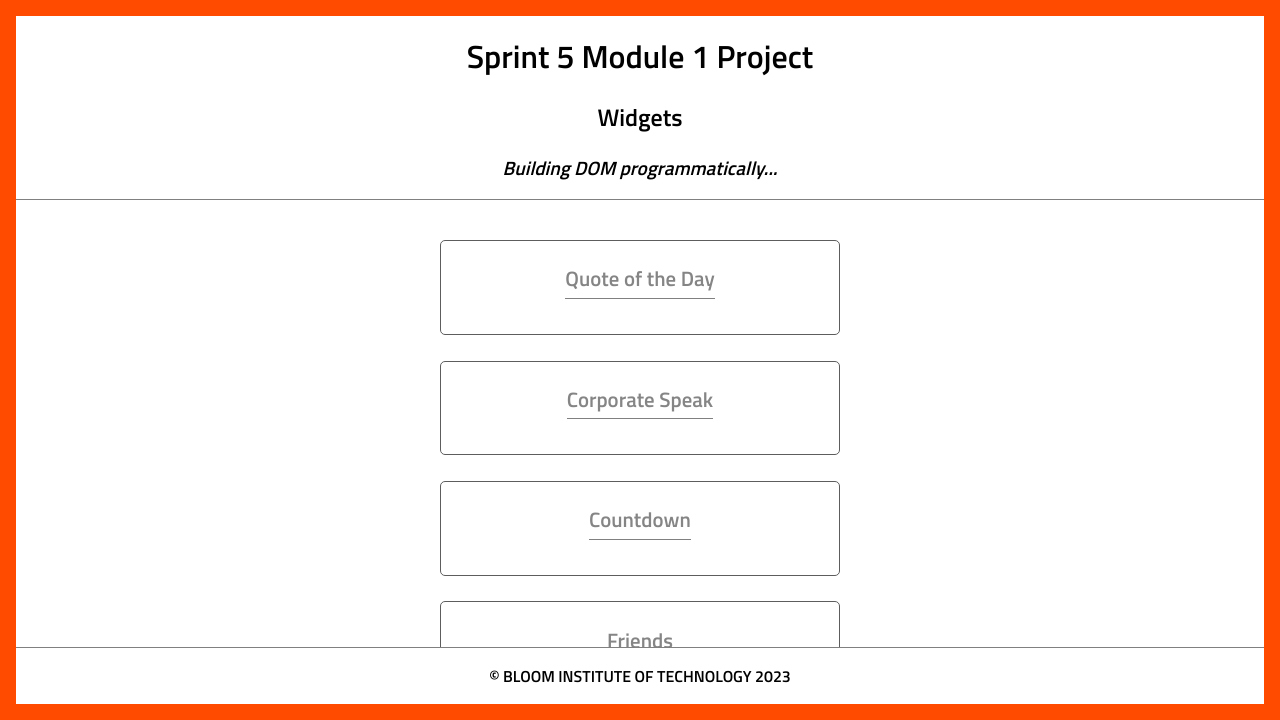
Repository: bloominstituteoftechnology/module-project-the-dom-yoshimario
Page: frontend/index.html
These files come from the project's save history. The page is drawn as it stood at one moment and after a run of saves; the edit follows.
The browser window is 1280 px wide. The pictures show the whole page.
An inner scrolling area shows only its first screen.

Above is the page before, as saved 2023-10-14 11:58:48.

### frontend/index.html
<!--
❗ DO NOT CHANGE THIS FILE
❗ DO NOT CHANGE THIS FILE
❗ DO NOT CHANGE THIS FILE
-->
<!DOCTYPE html>
<html lang="en">

<head>
  <meta charset="UTF-8">
  <title>Sprint 5 Module 1 Project</title>
  <link rel="stylesheet" href="reset.css">
  <link rel="stylesheet" href="styles.css">
  <script defer src="data.js"></script>
  <script defer src="index.js"></script>
</head>

<body>
  <header>
    <h1>Sprint 5 Module 1 Project</h1>
    <h2>Widgets</h2>
    <p class="info">Building DOM programmatically...</p>
  </header>
  <section>
    <div class="quoteoftheday">
      <h3>Quote of the Day</h3>
    </div>
    <div class="corporatespeak">
      <h3>Corporate Speak</h3>
    </div>
    <div class="countdown">
      <h3>Countdown</h3>
    </div>
    <div class="friends">
      <h3>Friends</h3>
    </div>
  </section>
  <footer></footer>
</body>

</html>

### frontend/reset.css
/* ❗ DO NOT CHANGE THIS FILE */
/* ❗ DO NOT CHANGE THIS FILE */
/* ❗ DO NOT CHANGE THIS FILE */

/* RESET BY https://www.joshwcomeau.com/css/custom-css-reset */
*,
*::before,
*::after {
  box-sizing: border-box;
}

* {
  margin: 0;
}

html,
body {
  height: 100%;
}

body {
  line-height: 1.5;
  -webkit-font-smoothing: antialiased;
}

img,
picture,
video,
canvas,
svg {
  display: block;
  max-width: 100%;
}

input,
button,
textarea,
select {
  font: inherit;
}

p,
h1,
h2,
h3,
h4,
h5,
h6 {
  overflow-wrap: break-word;
}

#root,
#__next {
  isolation: isolate;
}

### frontend/styles.css
/* ❗ DO NOT CHANGE THIS FILE */
/* ❗ DO NOT CHANGE THIS FILE */
/* ❗ DO NOT CHANGE THIS FILE */

@font-face {
  font-family: 'Titillium Web';
  src: url('./TitilliumWeb.ttf');
}

body {
  font-family: 'Titillium Web', sans-serif;
  border: 1rem solid #ff4b00;
}

body,
section {
  display: flex;
  flex-direction: column;
  align-items: center;
}

h1,
h2,
h3 {
  margin-bottom: 1.2rem;
}

header {
  padding: 1rem;
  text-align: center;
}

header .info {
  font-size: 1.2rem;
  font-style: italic;
}

section {
  width: 100%;
  overflow-y: auto;
  border-top: 1px solid grey;
  border-bottom: 1px solid grey;
}

.widget {
  width: 400px;
  padding: 1.2rem;
  margin: 0.8rem;
  border: 1px solid rgb(93, 93, 93);
  border-radius: 5px;
  background-color: rgba(233, 223, 230, 0.75);
  background-color: white;
  display: flex;
  flex-direction: column;
  align-items: center;
  color: black;
}

.widget:focus {
  box-shadow: rgba(100, 100, 111, 0.2) 0px 7px 29px 0px;
  opacity: 1;
}

.widget h3 {
  line-height: 1.8;
  font-size: 1.3em;
  color: rgb(133, 133, 133);
  border-bottom: 1px solid grey;
  margin-bottom: 1rem;
  transition: font-size 0.1s ease-in-out;
}

.widget.quoteoftheday div:nth-of-type(2) {
  align-self: flex-end;
  font-style: italic;
  margin-top: 1rem;
}

.widget:focus h3 {
  transition: font-size 0.1s ease-in-out;
  font-size: 1.5em;
  color: #ff4b00;
}

.widget:last-child {
  margin-bottom: 2.5rem;
}

.widget:first-child {
  margin-top: 2.5rem;
}

footer {
  padding: 1rem;
}

### frontend/data.js
/* ❗ DO NOT CHANGE THIS FILE */
/* ❗ DO NOT CHANGE THIS FILE */
/* ❗ DO NOT CHANGE THIS FILE */

const quotes = [
  {
    id: 23,
    quote: "Any sufficiently advanced technology is indistinguishable from magic.",
    author: "Arthur C. Clarke",
    date: "1973"
  },
  {
    id: 42,
    quote: "The best way to predict the future is to invent it.",
    author: "Alan Kay",
    date: "1971"
  },
  {
    id: 10,
    quote: "It's not at all important to get it right the first time. It's vitally important to get it right the last time.",
    author: "Andrew Hunt and David Thomas",
    date: "1999"
  },
  {
    id: 88,
    quote: "I'm not a great programmer; I'm just a good programmer with great habits.",
    author: "Kent Beck",
    date: "2004"
  },
  {
    id: 55,
    quote: "The most damaging phrase in the language is: 'It's always been done that way.'",
    author: "Grace Hopper",
    date: "1978"
  },
  {
    id: 11,
    quote: "Optimism is an occupational hazard of programming: feedback is the treatment.",
    author: "Kent Beck",
    date: "2003"
  },
  {
    id: 77,
    quote: "The best thing about a boolean is even if you are wrong, you are only off by a bit.",
    author: "Anonymous",
    date: null
  },
  {
    id: 8,
    quote: "The most important single aspect of software development is to be clear about what you are trying to build.",
    author: "Bjarne Stroustrup",
    date: null
  },
  {
    id: 13,
    quote: "Programs must be written for people to read, and only incidentally for machines to execute.",
    author: "Harold Abelson and Gerald Jay Sussman",
    date: "1984"
  },
  {
    id: 66,
    quote: "You might not think that programmers are artists, but programming is an extremely creative profession. It's logic-based creativity.",
    author: "John Romero",
    date: null
  }
]

const adverbs = [
  "innovatively",
  "strategically",
  "synergistically",
  "dynamically",
  "holistically",
  "scalably",
  "proactively",
  "disruptively",
  "out-of-the-boxedly",
  "agilely"
]

const nouns = [
  "solutions",
  "paradigms",
  "platforms",
  "strategies",
  "initiatives",
  "synergies",
  "deliverables",
  "value propositions",
  "ecosystems",
  "mindshare"
]

const verbs = [
  "leverage",
  "optimize",
  "streamline",
  "innovate",
  "disrupt",
  "synergize",
  "transform",
  "empower",
  "monetize",
  "evolve"
]

const people = [
  {
    "id": 23,
    "fname": "Alex",
    "lname": "Lee",
    "dateOfBirth": "1985-10-13",
    "friends": [8, 11, 34]
  },
  {
    "id": 1,
    "fname": "Emily",
    "lname": "Nguyen",
    "dateOfBirth": "1992-04-02",
    "friends": []
  },
  {
    "id": 13,
    "fname": "Carlos",
    "lname": "Garcia",
    "dateOfBirth": "1978-07-23",
    "friends": [1, 2, 14]
  },
  {
    "id": 34,
    "fname": "Ashley",
    "lname": "Kim",
    "dateOfBirth": "1991-11-06",
    "friends": [23, 11, 80]
  },
  {
    "id": 2,
    "fname": "Mohammed",
    "lname": "Ali",
    "dateOfBirth": "1989-02-28",
    "friends": [5, 6, 13, 14]
  },
  {
    "id": 11,
    "fname": "Sarah",
    "lname": "Johnson",
    "dateOfBirth": "1986-09-03",
    "friends": [1, 23, 34]
  },
  {
    "id": 8,
    "fname": "Jason",
    "lname": "Wong",
    "dateOfBirth": "1983-12-25",
    "friends": [23, 14]
  },
  {
    "id": 80,
    "fname": "Samantha",
    "lname": "Singh",
    "dateOfBirth": "1980-06-16",
    "friends": [34, 99]
  },
  {
    "id": 14,
    "fname": "Michael",
    "lname": "Chen",
    "dateOfBirth": "1995-01-18",
    "friends": [13, 2, 8]
  },
  {
    "id": 99,
    "fname": "Kimberly",
    "lname": "Ng",
    "dateOfBirth": "1987-08-09",
    "friends": [80]
  },
  {
    "id": 6,
    "fname": "Luis",
    "lname": "Gonzalez",
    "dateOfBirth": "1990-03-29",
    "friends": []
  },
  {
    "id": 5,
    "fname": "Jessica",
    "lname": "Taylor",
    "dateOfBirth": "1982-05-08",
    "friends": [2, 15]
  },
  {
    "id": 15,
    "fname": "William",
    "lname": "Brown",
    "dateOfBirth": "1997-12-17",
    "friends": [5, 7, 99]
  },
  {
    "id": 7,
    "fname": "Maria",
    "lname": "Rodriguez",
    "dateOfBirth": "1988-08-01",
    "friends": [6, 15]
  },
  {
    "id": 12,
    "fname": "Daniel",
    "lname": "Garcia",
    "dateOfBirth": "1981-06-22",
    "friends": []
  }
]

if (typeof module !== 'undefined' && module.exports)
  module.exports = { quotes, adverbs, nouns, verbs, people }

### frontend/index.js
function moduleProject1() {
  const footer = document.querySelector('footer')
  const currentYear = new Date().getFullYear()
  footer.textContent = `© BLOOM INSTITUTE OF TECHNOLOGY ${currentYear}`

  // 👇 WORK WORK BELOW THIS LINE 👇

  // 👉 TASK 1 - Add a "widget" class name to widgets so CSS kicks in
  //  ✨ add your code here
  const widgets = document.querySelectorAll('section>div')
  console.log(widgets)
  widgets.forEach((widget) => {
    widget.classList.add('widget')
  })

  // 👉 TASK 2 - Build a "Quote of the Day" widget
  //  ✨ add your code here

  // 👉 TASK 3 - Build a "Corporate Speak" widget
  //  ✨ add your code here

  // 👉 TASK 4 - Build a "Countdown" widget
  //  ✨ add your code here

  // 👉 TASK 5 - Build a "Friends" widget
  //  ✨ add your code here

  // 👉 TASK 6 - Make it so user can tab through the widgets
  //  ✨ add your code here

  // 👆 WORK WORK ABOVE THIS LINE 👆
}

// ❗ DO NOT WORK BELOW THIS LINE
// ❗ DO NOT WORK BELOW THIS LINE
// ❗ DO NOT WORK BELOW THIS LINE
if (typeof module !== 'undefined' && module.exports) module.exports = { moduleProject1 }
else moduleProject1()

After the next 2 saves:
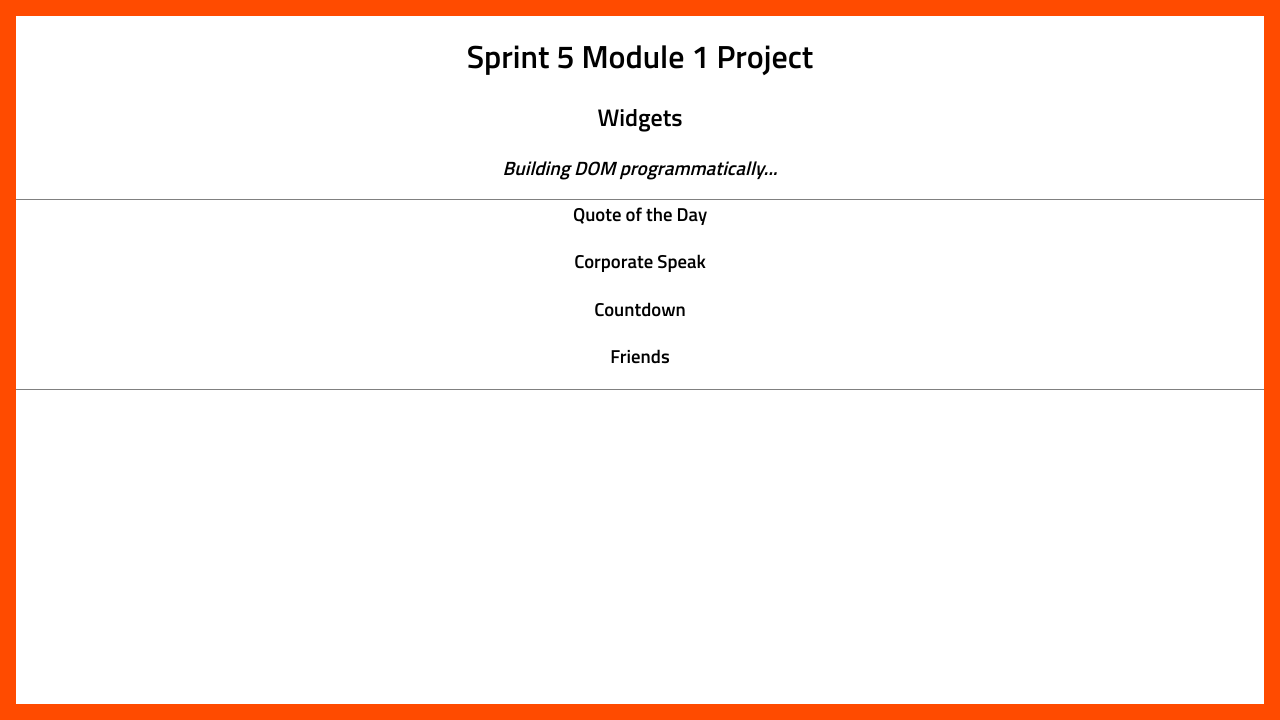
Console error: SyntaxError: missing ) after argument list
The 2 saves are shown as one change because they came seconds apart.
The last was saved 25 s later.
--- a/frontend/index.js
+++ b/frontend/index.js
@@ -11,7 +11,7 @@
   console.log(widgets)
   widgets.forEach((widget) => {
     widget.classList.add('widget')
-  })
+  }
 
   // 👉 TASK 2 - Build a "Quote of the Day" widget
   //  ✨ add your code here

After the save that followed:
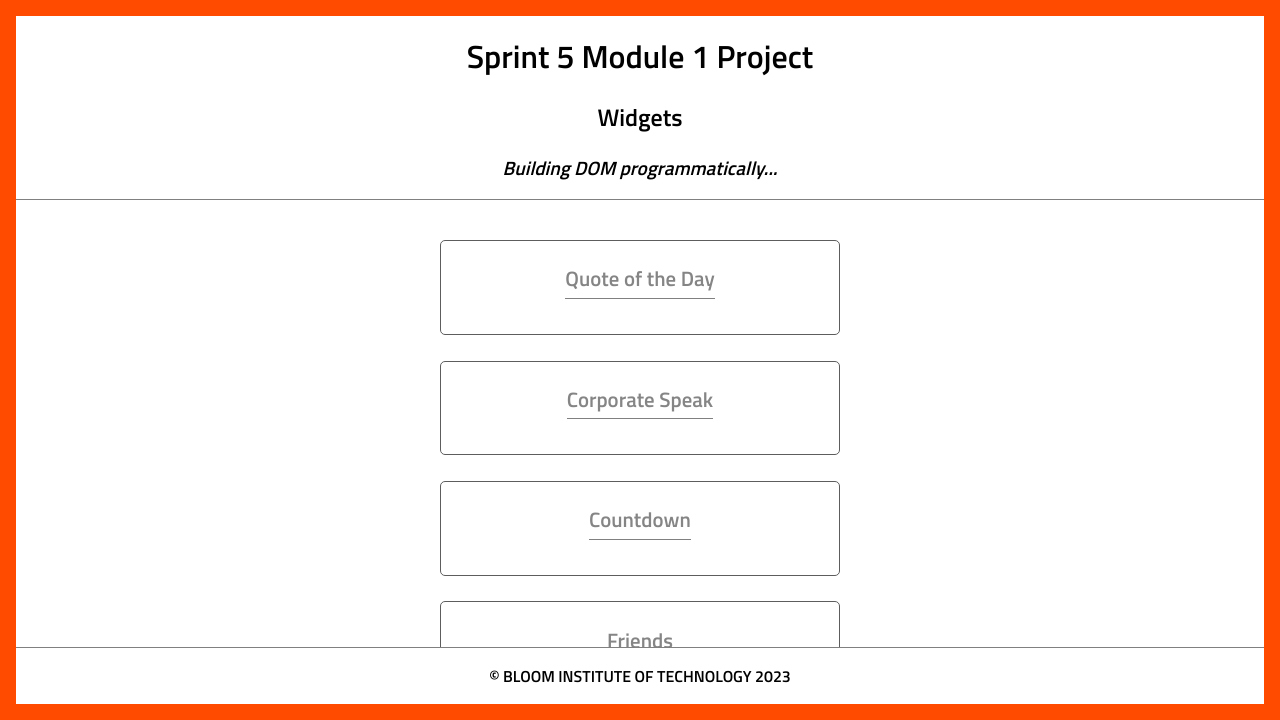
The error is gone.
Saved 4 s later.
--- a/frontend/index.js
+++ b/frontend/index.js
@@ -11,7 +11,7 @@
   console.log(widgets)
   widgets.forEach((widget) => {
     widget.classList.add('widget')
-  }
+  })
 
   // 👉 TASK 2 - Build a "Quote of the Day" widget
   //  ✨ add your code here
